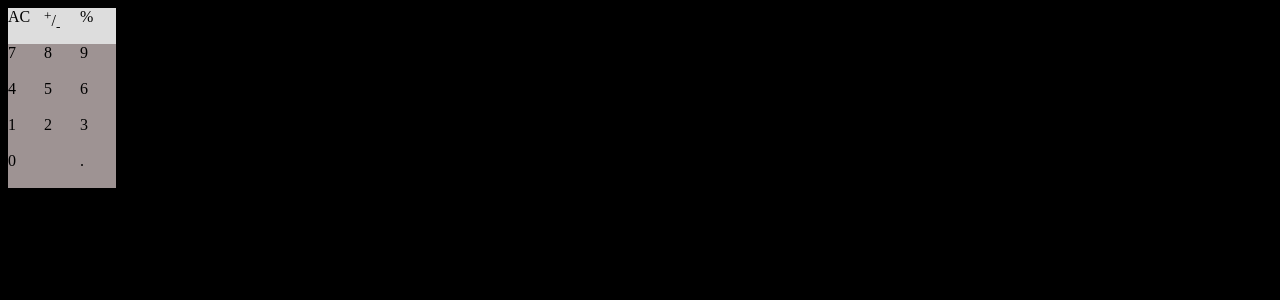
Repository: bombiux/calculadoraJS
Page: index.html
The author's editor kept a copy of each file at every save. The page is drawn from the files as they stood at one save, then again after a run of saves.
The browser window is 1280 px wide. The pictures show the whole page.

Above is the page before, as saved 2020-08-08 18:23:49.

After the next 2 saves:
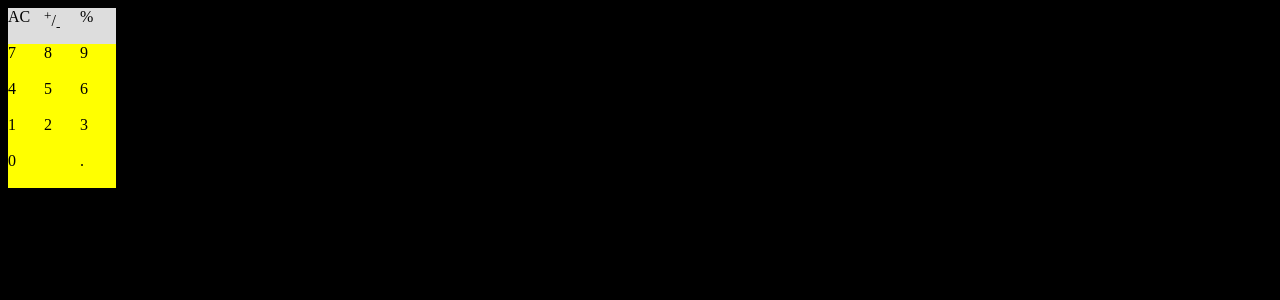
The 2 saves are shown as one change because they came seconds apart.
The last was saved 16 s later.
--- a/style.css
+++ b/style.css
@@ -25,5 +25,5 @@ body {
 }
 
 .numbers {
-    background-color: rgb(158, 147, 147)
+    background-color: yellow
 }
